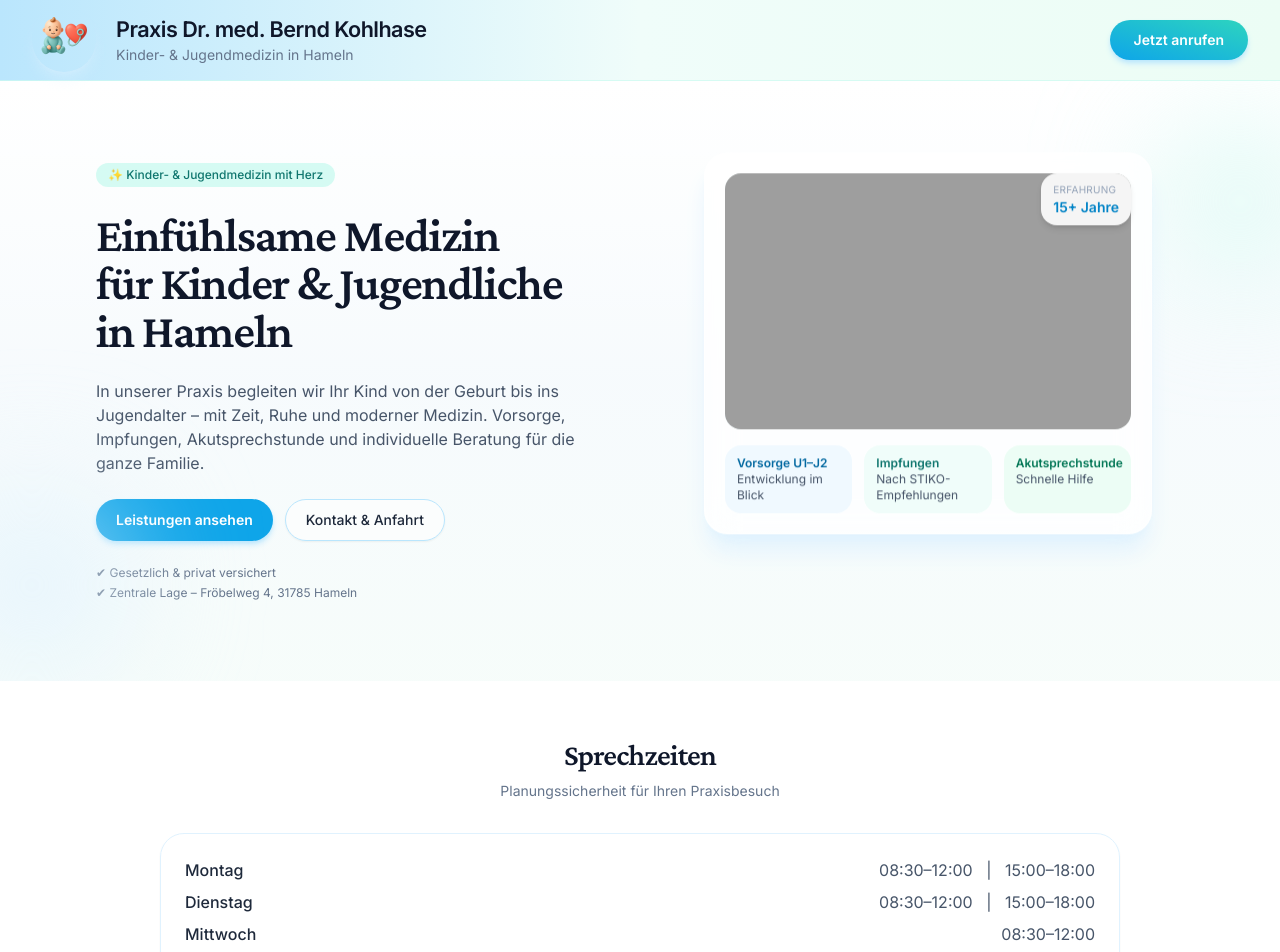
Repository: NikolajMalisch/kinderartz-web
Page: index.html
The author's editor kept a copy of each file at every save. The page is drawn from the files as they stood at one save, then again after the next save.
The browser window is 1280 px wide. The pictures show the part of the page from y = 0 to 952 px (the page is 2607 px tall).
Pictures or frames that could not be fetched are drawn as grey boxes. Some web libraries are served in a nearby version.

Above is the page before, as saved 2025-12-11 21:38:10.

After the next save:
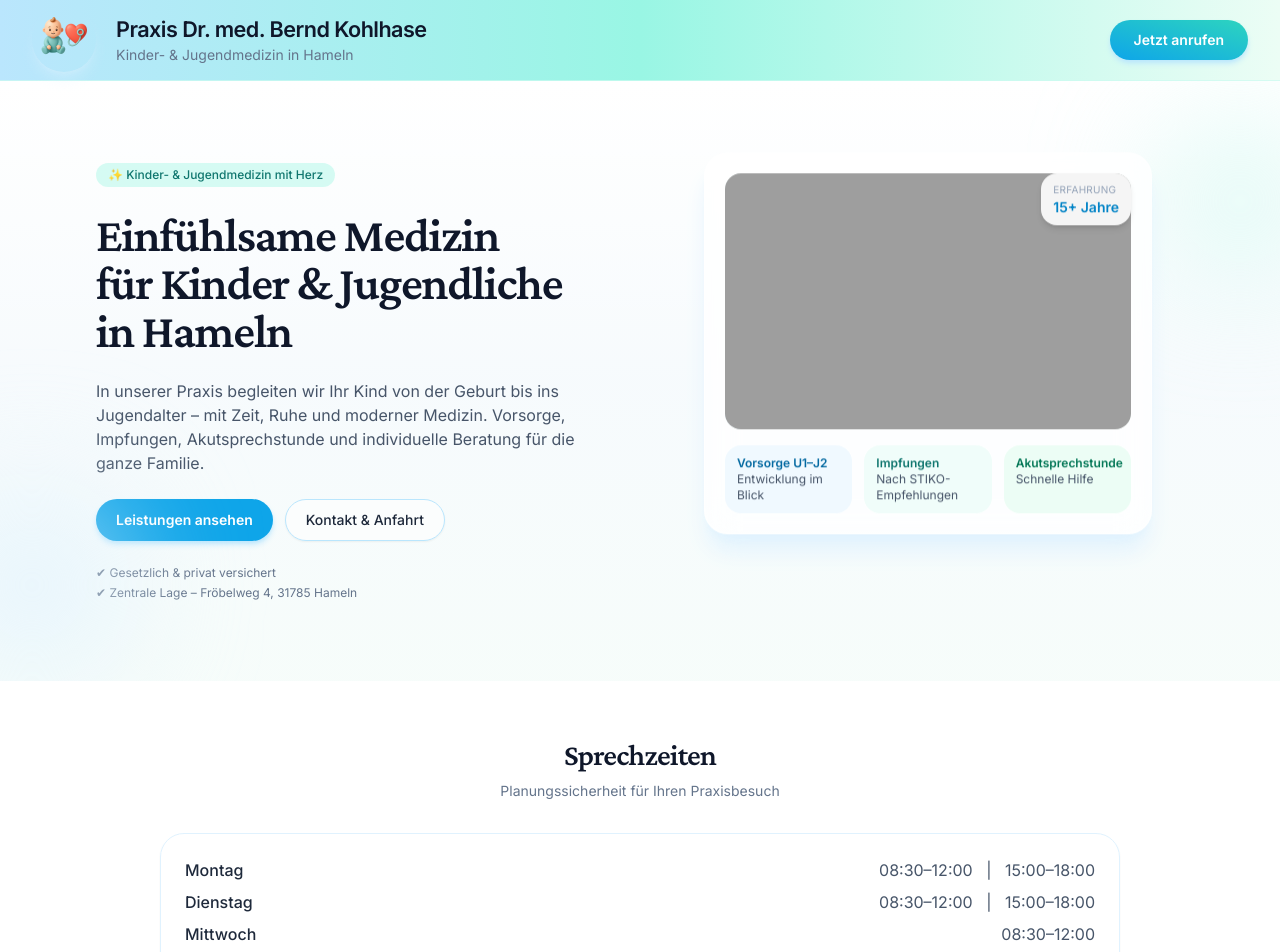
Saved 6 s later.
--- a/index.html
+++ b/index.html
@@ -59,7 +59,7 @@
 <body class="min-h-full bg-[#fdfcfb] text-slate-800">
     <!-- HEADER -->
 <header
-class="sticky top-0 z-50 bg-gradient-to-r from-sky-200 via-teal-50 to-emerald-50
+class="sticky top-0 z-50 bg-gradient-to-r from-sky-200 via-teal-200 to-emerald-50
         backdrop-blur-xl border-b border-teal-100/70"
 >
 
